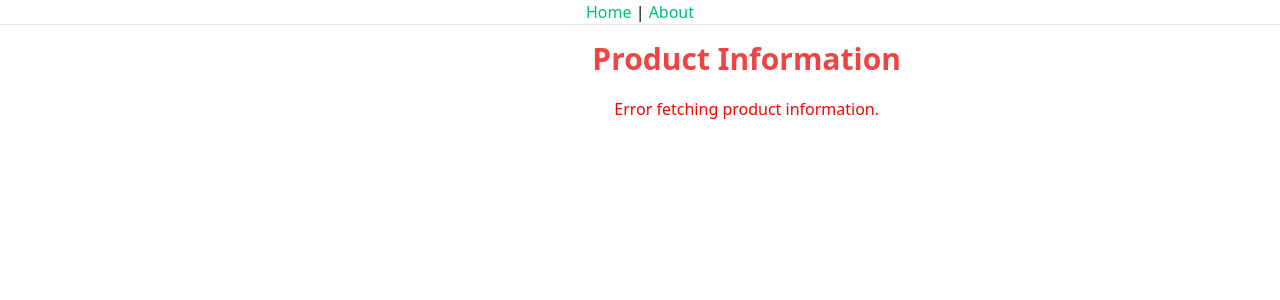
Repository: loktioncode/vectra-shop
Page: /
An editor plug-in stored every save of this project. The page is shown before and after the next save, followed by the edit.
The browser window is 1280 px wide. The pictures show the whole page.
The page's requests for data from a server got no answer. The project was rebuilt for these pictures with package versions that can differ from the ones it lists, and the page was loaded fresh each time. No one was signed in, and anything a server would have sent is missing. Also part of the build but not shown: vite.config.ts, src/components/ProductCard.vue.

Above is the page before, as saved 2023-09-20 15:29:57.

### src/assets/main.css
@tailwind base;
@tailwind components;
@tailwind utilities;

@import './base.css';

a,
.green {
  text-decoration: none;
  color: hsla(160, 100%, 37%, 1);
  transition: 0.4s;
}

@media (hover: hover) {
  a:hover {
    background-color: hsla(160, 100%, 37%, 0.2);
  }
}

### src/App.vue
<!-- <script setup lang="ts">
import { RouterLink, RouterView } from 'vue-router'
import HelloWorld from './components/HelloWorld.vue'
</script> -->

<template>
  <div class="app">
    <header>
      <nav>
        <RouterLink to="/">Home</RouterLink> |
        <RouterLink to="/about">About</RouterLink>
      </nav>

    </header>
    <RouterView />

  </div>
</template>

<style >
.app {
  text-align: center;
}
</style>

### src/views/HomeView.vue


<template>
  <!-- <div class="home">
    <Counter />
    <div class="buttons">
      <button @click="storeCounter.decreaseCount">-</button>
      <button @click="storeCounter.increaseCount">+</button>
    </div>
    <hr>
    <div>
      this counter is : {{ storeCounter.oddOrEven }}
    </div>
    <hr>
    <div>
      <h3>Edit Counter:</h3>
      <input v-model="storeCounter.count" type="number" name="count" id="count">
    </div>
  </div> -->
  <hr>
  <div>
    <Products />
  </div>

</template>



<script setup lang="ts">
import Counter from '@/components/Counter.vue'
import Products from '@/components/Products.vue'

import { useCounterStore } from '@/stores/counter'

const storeCounter = useCounterStore();


</script>

<style>
@media (min-width: 1024px) {
  .home {
    min-height: 100vh;
    align-items: center;
  }



  .buttons button {
    font-size: 40px;
    margin: 20px;
    width: 50px;
    height: 50px;
  }
}
</style>

### src/components/Products.vue
<template>
  <div class="flex">
    <!-- Left Sidebar for Filters -->
    <div class="w-1/6 p-4">
      <!-- Your filter components can go here -->
    </div>

    <!-- Right Side for Product Information -->
    <div class="w-5/6 p-4">
      <h1 class="text-3xl text-red-500 font-bold mb-5">Product Information</h1>
      <div v-if="productStore.loading">Loading...</div>
      <div v-else>
        <div v-if="productStore.error" class="error-message">{{ productStore.error }}</div>
        <div class="px-10">
          <div class="grid grid-cols-4 gap-4">
            <ProductCard v-for="product in productStore.products" :key="product.id" :product="product" />
          </div>
        </div>
      </div>
    </div>
  </div>
</template>

<script setup lang="ts">
import { onMounted } from 'vue';
import { useProductStore } from '@/stores/productStore';
import ProductCard from '@/components/ProductCard.vue';

const productStore = useProductStore();

async function fetchProductInfo() {
  const apiUrl = 'https://fakestoreapi.com/products'; // Replace with your actual API endpoint
  await productStore.fetchProductInfo(apiUrl);
}

onMounted(() => fetchProductInfo());
</script>

<style scoped>
.error-message {
  color: red;
}
</style>

### src/stores/counter.ts
import { computed } from 'vue'
import { defineStore } from 'pinia'

export const useCounterStore = defineStore({
  id: 'counter',
  state: () => ({
    count: 0,
    name: '张三',
    username: 'zhangsan'
  }),
  actions: {
    increaseCount() {
      this.count++;
    },
    decreaseCount() {
      this.count--;
    }
  },
  getters: {
    oddOrEven: (state) => {
      if (state.count % 2 === 0) {
        return 'even'
      } else {
        return 'odd'
      }
    }

  }
})

### src/stores/productStore.ts
import { defineStore } from 'pinia';

interface Product {
    id: string;
    title: string;
    description: string;
    price: number;
}

export const useProductStore = defineStore({
    id: 'products',
    state: () => ({
        products: [] as Product[],
        loading: false,
        error: null as string | null,
    }),
    actions: {
        async fetchProductInfo(apiUrl: string) {
            try {
                this.loading = true;
                const response = await fetch(apiUrl);

                if (!response.ok) {
                    throw new Error('Network response was not ok');
                }

                this.products = await response.json();
                this.error = null;
            } catch (error) {
                this.error = 'Error fetching product information.';
                console.error(error);
            } finally {
                this.loading = false;
            }
        },
    },
    getters: {


    }
})

### tailwind.config.js
/** @type {import('tailwindcss').Config} */
module.exports = {
  content: [
    "./index.html",
    "./src/**/*.{vue,js,jsx,ts,tsx}",
  ],
  theme: {
    extend: {},
  },
  plugins: [],
}

Loaded but not shown: index.html (common file); src/main.ts (common file); src/router/index.ts (common file)

After the next save:
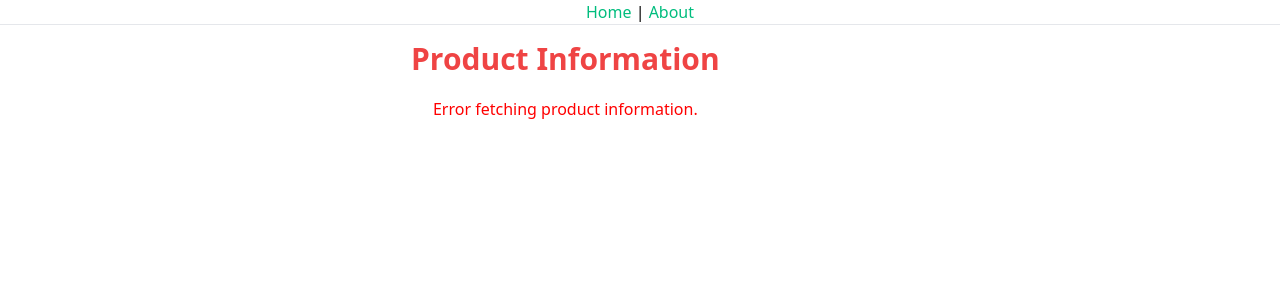
Saved 9 s later.
--- a/src/components/Products.vue
+++ b/src/components/Products.vue
@@ -1,7 +1,7 @@
 <template>
   <div class="flex">
     <!-- Left Sidebar for Filters -->
-    <div class="w-1/6 p-4">
+    <div class="w-1/8 p-4">
       <!-- Your filter components can go here -->
     </div>
 
